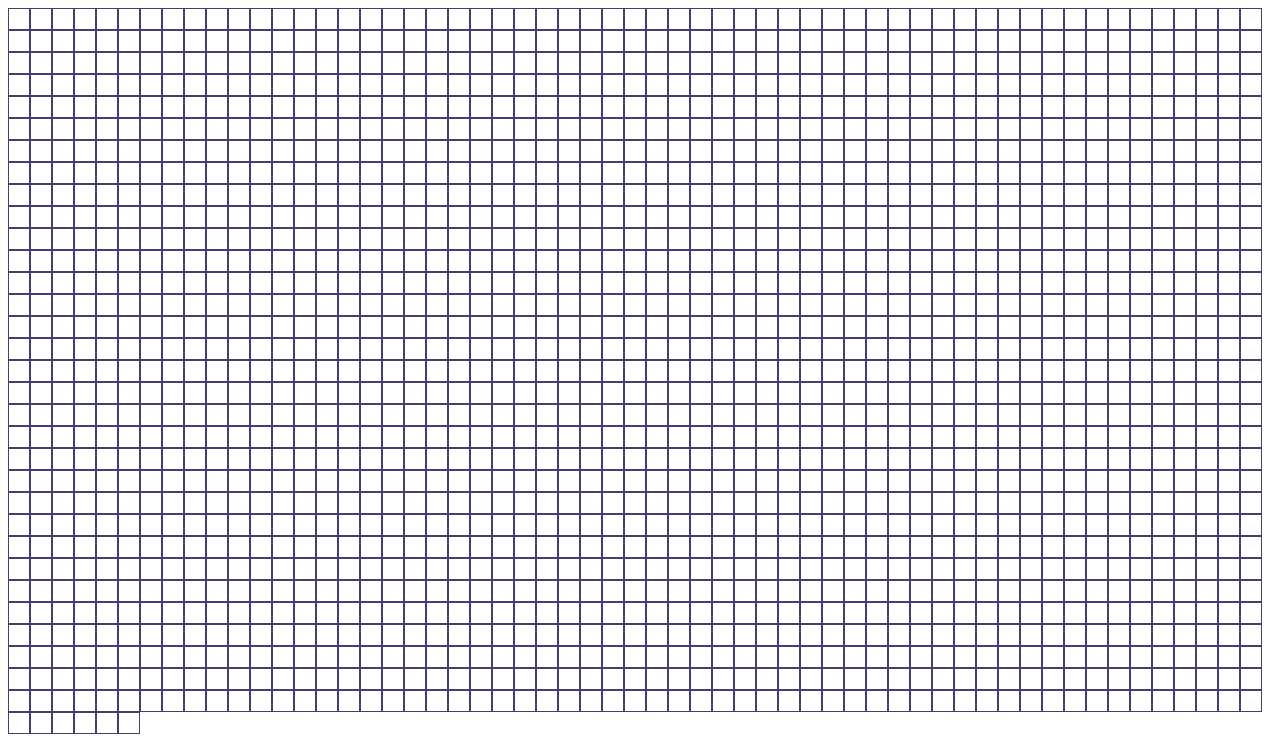
Repository: NikhilJohny/Pathfinding---ReactJS
Page: /
An editor plug-in stored every save of this project. The page is shown before and after the next save, followed by the edit.
The browser window is 1280 px wide. The pictures show the whole page.
The project was rebuilt for these pictures with package versions that can differ from the ones it lists, and the page was loaded fresh each time.

Above is the page before, as saved 2021-05-06 12:57:53.

### src/index.js
import React from 'react'
import ReactDOM from 'react-dom'
import App from './App'

ReactDOM.render(
  <App/>,
  document.getElementById('root')
)

### src/App.js
import React from "react"
import PathFindingView from './PathFindingView'


class App extends React.Component {
    render() {
        return (
        <PathFindingView />
        )
    }
}

export default App;

### src/PathFindingView.js
import React,{Component} from "react"
import Nodes from './Nodes'
import './Node.css';
import update from 'react-addons-update';

const grid = () =>{
    const rowArray = [];
    for(let i = 0; i < 30; i++){
        const colArray = [];
        for(let j = 0; j < 61; j++){
            colArray.push(createNode(i,j));
        }
        rowArray.push(colArray);
    }
    return rowArray;
}

const createNode = ((i,j) => {
    const NodeObj = {
      row : i,
      col : j,
      start : false,
      end : false,
      previous : null,
      top : null,
      bottom : null,
      left : null,
      right : null,
      wall : false
    }
    return NodeObj;
})

class PathFindingView extends Component{
    constructor(){
        super();
        this.state = {
            board : [],
            mousePressed : false,
            currentGrid : null,
        }
    }
    componentDidMount(){
        const arr = grid()
        this.setState({board : arr})
        console.log(window.innerHeight)
    }


    mouseDownFunctions(rows, cols){
        const grid = this.state.board;
        grid[rows][cols].wall = !grid[rows][cols].wall
        this.updateIndex(rows,cols,grid[rows][cols])
    }

    updateIndex(rows, cols, content){
        this.setState(update(this.state ,{
            board : {
                [rows]:{
                    [cols]:{
                        $set : content
                    }
                }
            },
            mousePressed : {
                $set : true
            },
            currentGrid : {
                $set : content
            }
        }))
    }

    mouseEnterFunction(rows,cols){
        const grid = this.state.board;
        if(!this.state.mousePressed || this.state.currentGrid === grid[rows][cols]) return;
        if(this.state.currentGrid !== grid[rows][cols] && this.state.mousePressed){
            if(this.state.mousePressed){
                grid[rows][cols].wall = !grid[rows][cols].wall
                this.updateIndex(rows,cols,grid[rows][cols])
            }
        }
    }
    mouseUpFunction(){
        this.setState({
            mousePressed : false
        })
    }

    render(){
        const NodeComponent = []
        this.state.board.map((rows,rowKeys) =>{
            rows.map((cols,colKeys) => {
                NodeComponent.push(
                    <Nodes
                        id = {colKeys}
                        row = {cols.row}
                        col = {cols.col}
                        wall = {cols.wall}
                        onMouseDown = {(row,col) => this.mouseDownFunctions(row,col)}
                        onMouseEnter = {(row,col) => this.mouseEnterFunction(row,col)}
                        onMouseUp = {() => this.mouseUpFunction()}
                    />
                )
            })
        })
        return (
            <div className = "canvas">
                {NodeComponent}
            </div>
        )

    }
}

export default PathFindingView

### src/Nodes.js
import React , {Component} from "react"
import './Node.css';

class Nodes extends Component{

    render(){
        const nodeClass = this.props.wall ? 'Node node-wall' : 'Node'
        return(
            <div className = {nodeClass}
            onMouseDown = {() => this.props.onMouseDown(this.props.row,this.props.col)}
            onMouseEnter = {() => this.props.onMouseEnter(this.props.row,this.props.col)}
            onMouseUp = {() => this.props.onMouseUp()}
            >
            </div>
        )
    }
}

export default Nodes;

### src/Node.css
.canvas {
    /* margin-top: 100px;
    margin-left: 300px;
    max-width: 11000px;
    min-width: 1100px; */
}

.Node {
    margin-bottom: -4px;
    width: 20px;
    height: 20px;
    border: 1px solid rgba(0, 0, 66, 0.75);
    display: inline-block;
}

.node-wall {
    animation-name: visitedAnimation;
    animation-duration: 0.2s;
    animation-timing-function: ease-out;
    animation-delay: 0;
    animation-direction: alternate;
    animation-iteration-count: 1;
    animation-fill-mode: forwards;
    animation-play-state: running;
}

@keyframes visitedAnimation {
    0% {
        transform: scale(0.3);
        background-color: rgba(0, 0, 66, 0.75);
        border-radius: 100%;
    }
    50% {
        background-color: rgba(0, 0, 66, 0.75);
    }
    75% {
        transform: scale(1.2);
        background-color: rgba(0, 0, 66, 0.75);
    }
    100% {
        transform: scale(1);
        background-color: rgba(0, 0, 66, 0.75);
        border-color: transparent;
    }
}

Loaded but not shown: public/index.html (common file)

After the next save:
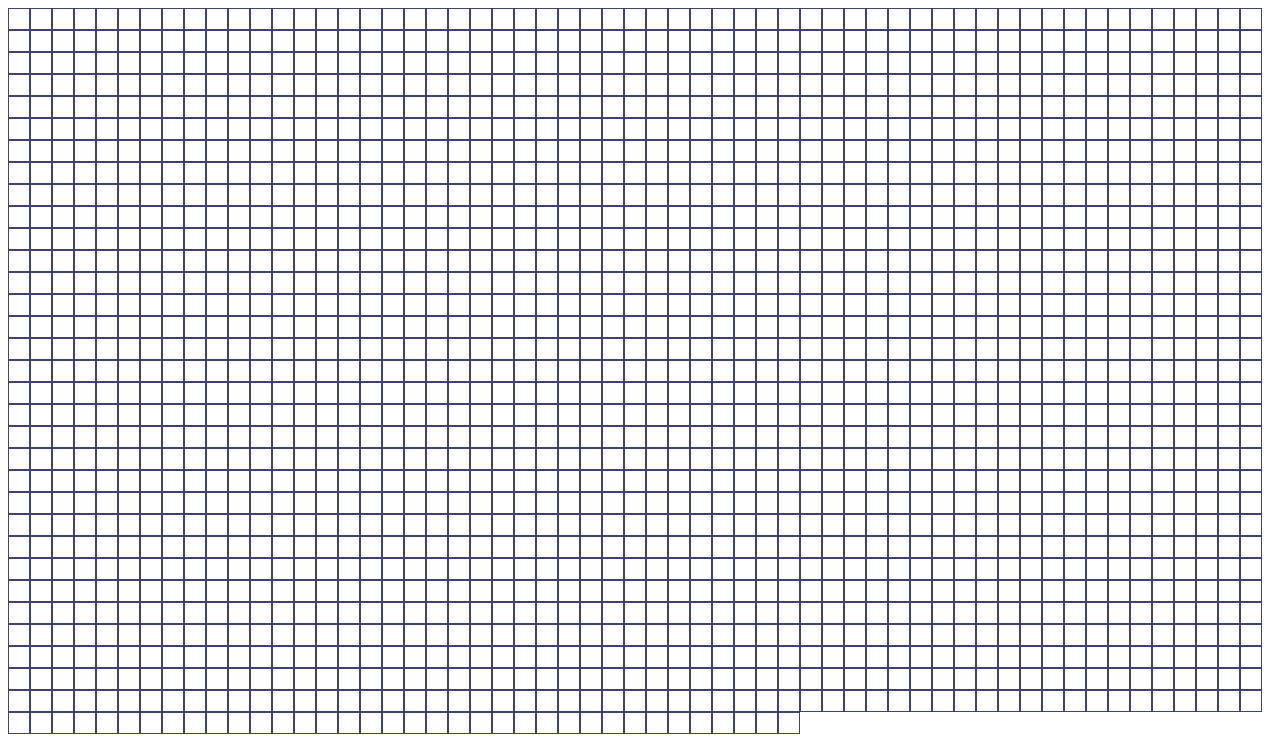
Saved 7 s later.
--- a/src/PathFindingView.js
+++ b/src/PathFindingView.js
@@ -7,7 +7,7 @@ const grid = () =>{
     const rowArray = [];
     for(let i = 0; i < 30; i++){
         const colArray = [];
-        for(let j = 0; j < 61; j++){
+        for(let j = 0; j < 62; j++){
             colArray.push(createNode(i,j));
         }
         rowArray.push(colArray);
